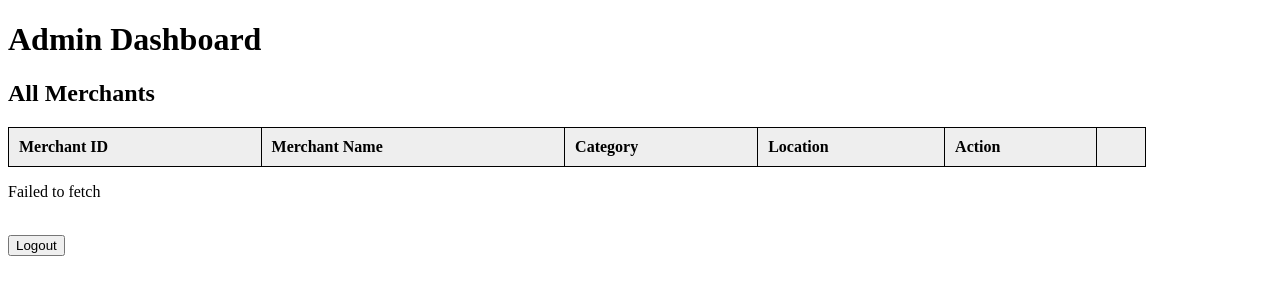
Repository: anusha-muthu/Credit-card-management
Page: Merchant/src/main/resources/static/admin_home.html
These files come from the project's save history. The page is drawn as it stood at one moment and after the next save; the edit follows.
The browser window is 1280 px wide. The pictures show the whole page.
The page's requests for data from a server got no answer.

Above is the page before, as saved 2026-09-27 11:49:06.

After the next save:
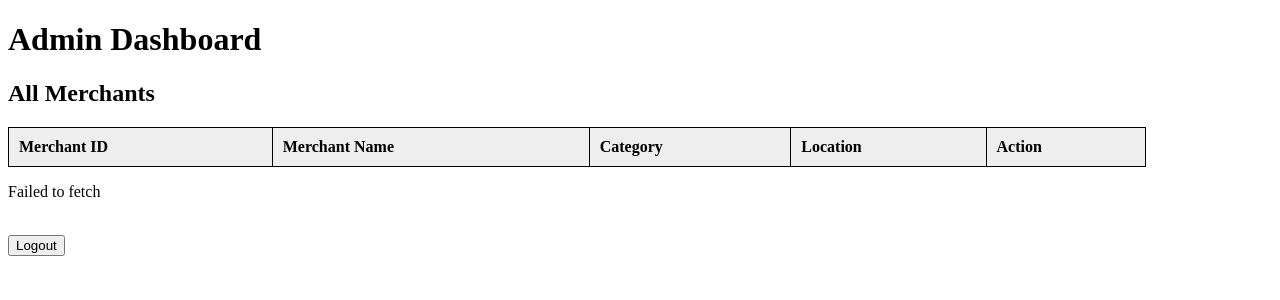
Saved 5 min 43 s later.
--- a/Merchant/src/main/resources/static/admin_home.html
+++ b/Merchant/src/main/resources/static/admin_home.html
@@ -37,7 +37,7 @@
                 <th>Merchant Name</th>
                 <th>Category</th>
                 <th>Location</th>
-                <th>Action<th>
+                <th>Action</th>
             </tr>
         </thead>
 
@@ -79,12 +79,11 @@
 
                     row.innerHTML = `
                         <td>${merchant.merchantId}</td>
-                        <td>${merchant.userId}</td>
                         <td>${merchant.merchantName}</td>
                         <td>${merchant.category}</td>
                         <td>${merchant.location}</td>
                         <td>
-                        <button onclick="deleteMerchant(${merchant.merchantId}))"> Delete
+                        <button onclick="deleteMerchant(${merchant.merchantId})"> Delete
                         </button>
                         <td>
                     `;
